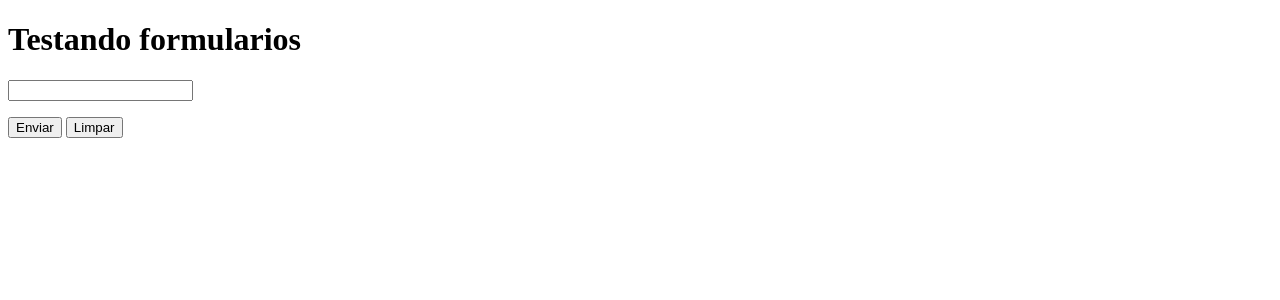
Repository: Lucianorodriguesdev/cursoHTML-CSS
Page: ex025/form008.html
The author's editor kept a copy of each file at every save. The page is drawn from the files as they stood at one save, then again after the next save.
The browser window is 1280 px wide. The pictures show the whole page.

Above is the page before, as saved 2026-07-10 13:25:20.

After the next save:
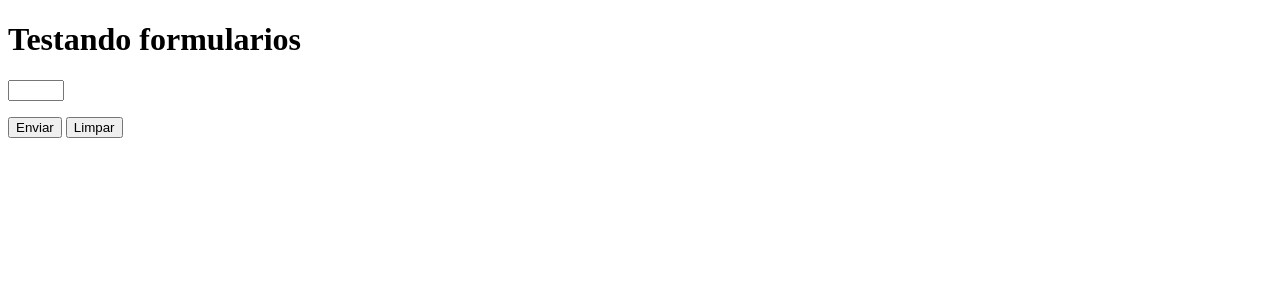
Saved 19 s later.
--- a/ex025/form008.html
+++ b/ex025/form008.html
@@ -10,7 +10,7 @@
     <form action="formulario.php" method="get" autocomplete="on">
         <p>
             <label for="in1"></label>
-            <input type="number" name="in1" id="in1" min="">
+            <input type="number" name="in1" id="in1" min="0" max="50" required>
         </p>
         <p>
             <input type="submit" value="Enviar">
